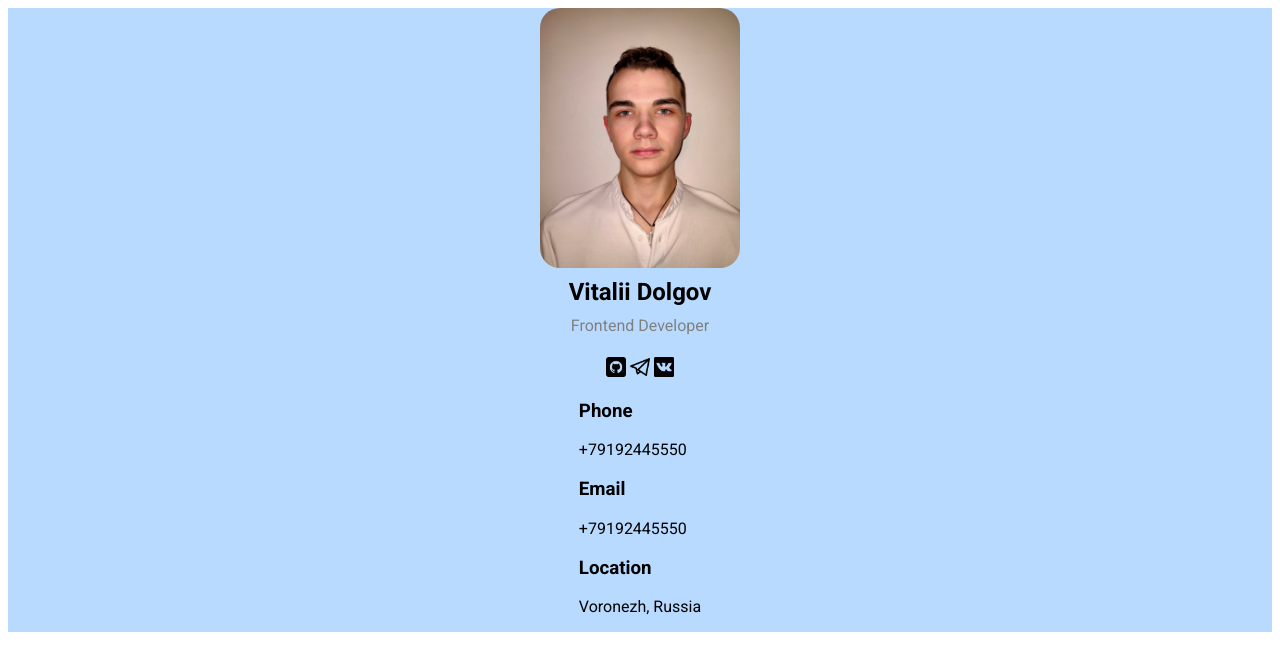
Repository: VitasYo/User_card
Page: src/index.html
The author's editor kept a copy of each file at every save. The page is drawn from the files as they stood at one save, then again after the next save.
The browser window is 1280 px wide. The pictures show the whole page.

Above is the page before, as saved 2024-04-09 19:26:44.

After the next save:
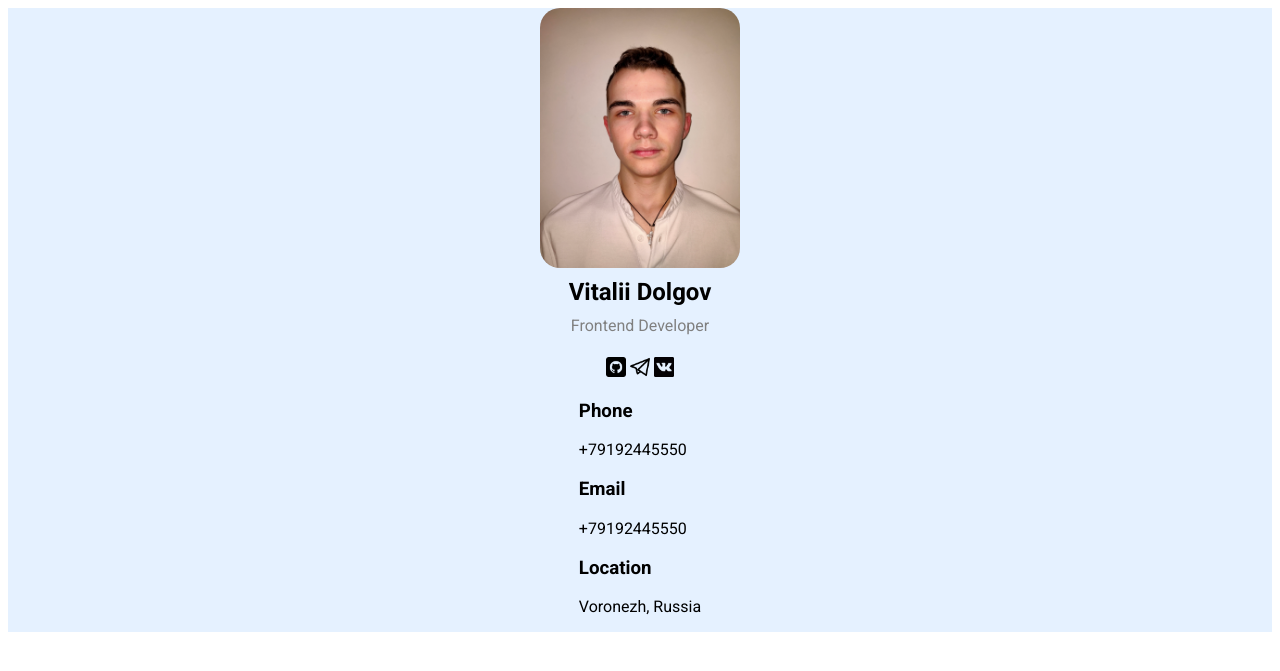
Saved 12 s later.
--- a/assets/css/index.css
+++ b/assets/css/index.css
@@ -12,7 +12,7 @@
   display: flex;
   flex-direction: column;
   align-items: center;
-  background-color: rgb(185, 218, 255);
+  background-color: rgb(229, 241, 255);
 }
 
 .position {
